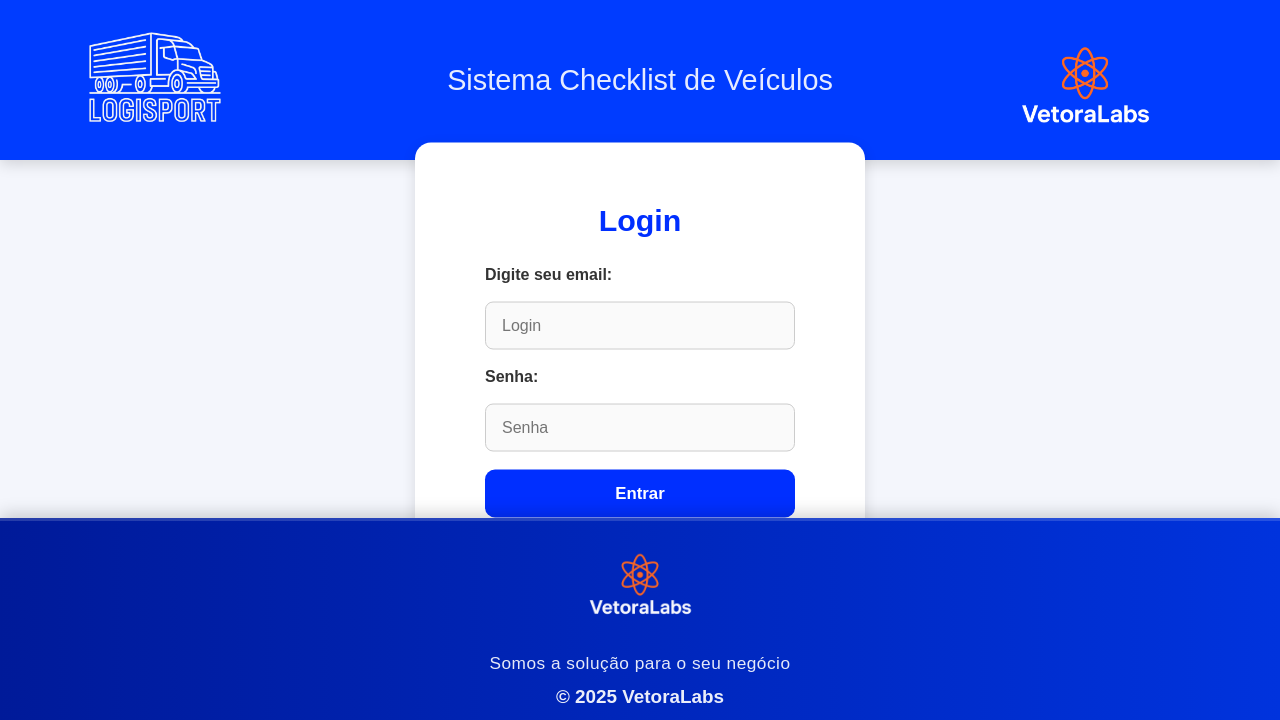
Repository: flaviofroes52/scv-vectoraLabs
Page: index.html
The author's editor kept a copy of each file at every save. The page is drawn from the files as they stood at one save, then again after a run of saves.
The browser window is 1280 px wide. The pictures show the whole page.

Above is the page before, as saved 2025-11-28 06:40:34.
Console error: TypeError: Cannot read properties of null (reading 'addEventListener')

After the next 2 saves:
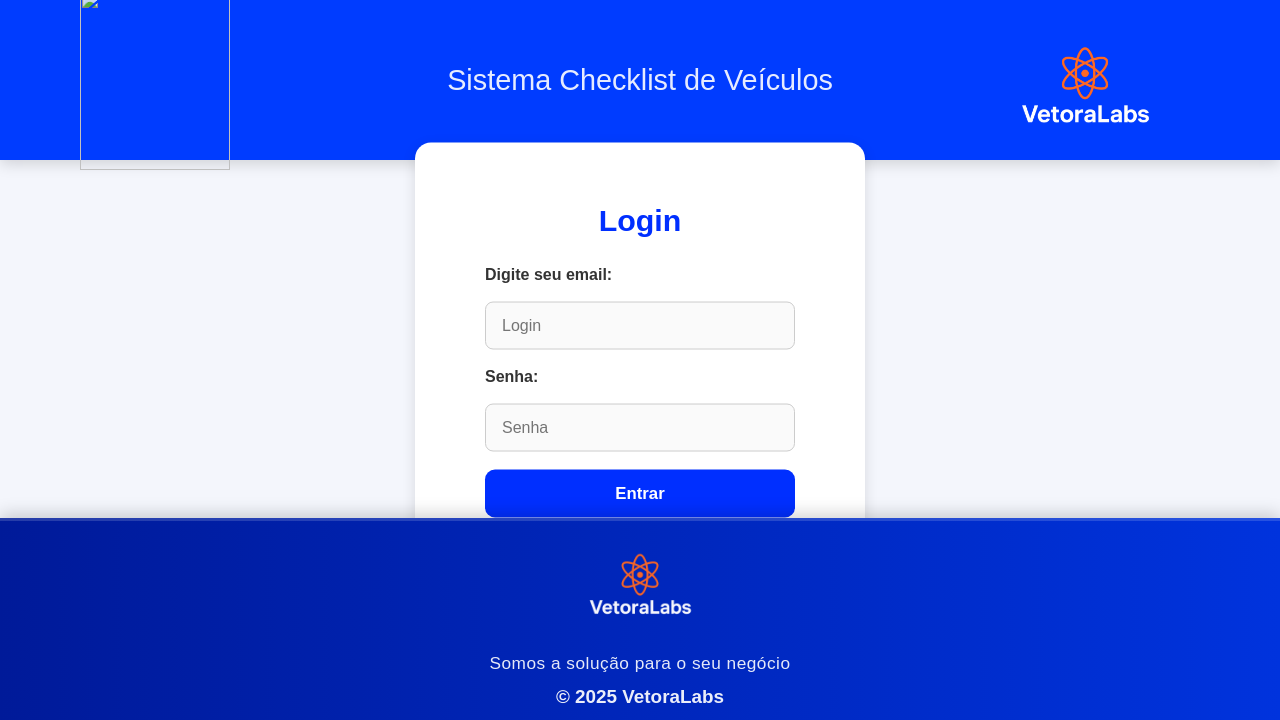
The 2 saves are shown as one change because they came seconds apart.
The last was saved 14 s later.
--- a/index.html
+++ b/index.html
@@ -16,7 +16,7 @@
       ====================================================== -->
       <header id="containerSuperior" class="cabecalho">
 
-        <img src="/public/assets/images/logoscv.png" id="logoSCV" />
+        <img src="./" id="logoSCV" />
         <img src="/public/assets/images/vetora_log.png"  id="logoVetoraLabs" />
 
         <div class="titulos">
